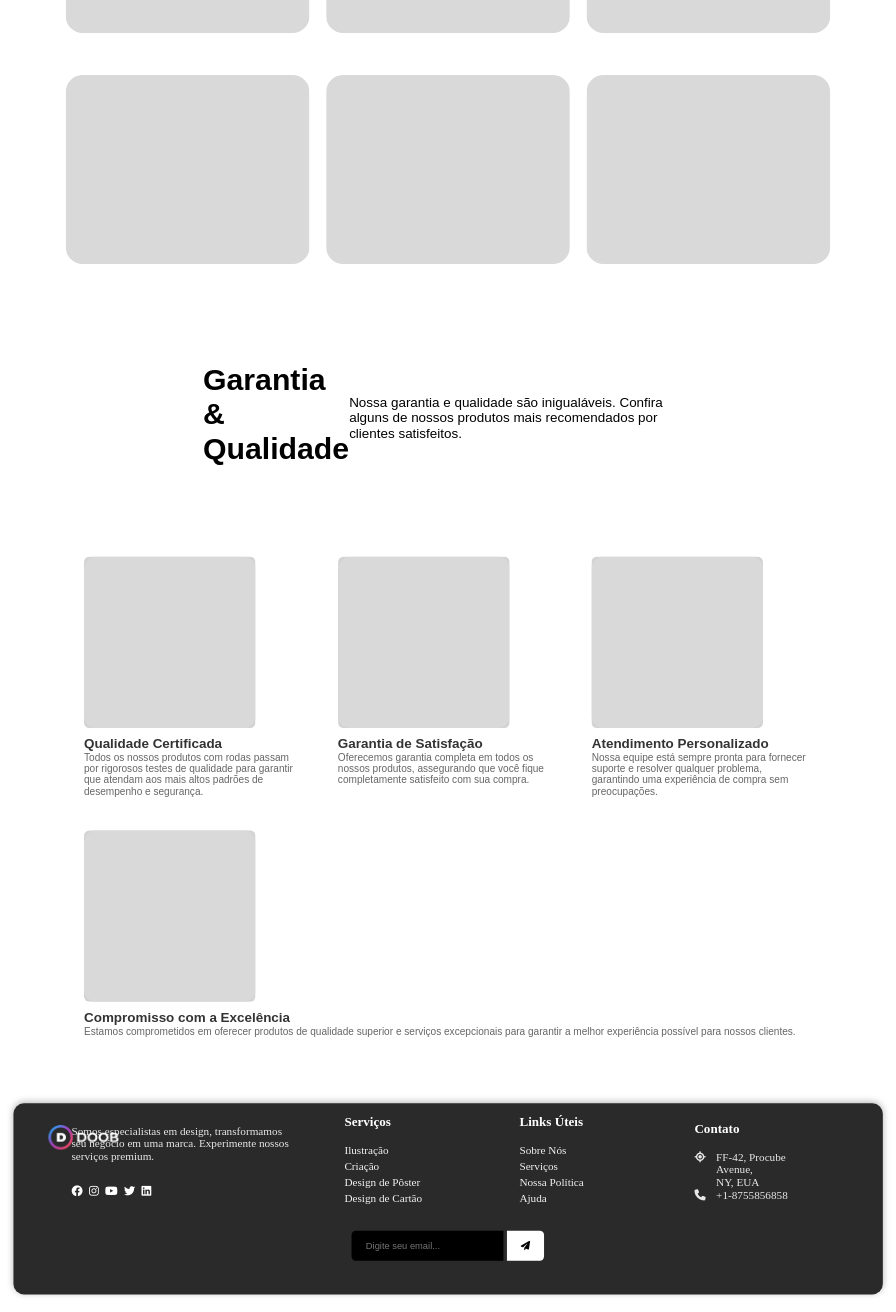
Repository: Matheus904-12/Reforma
Page: index.html
The author's editor kept a copy of each file at every save. The page is drawn from the files as they stood at one save, then again after the next save.
The browser window is 1280 px wide. The pictures show the part of the page from y = 2343 to 4263 px (the page is 4217 px tall before and 4263 px after), at 70% of full size.
Some web libraries are served in a nearby version.

Above is the page before, as saved 2024-08-02 22:07:19.
Console error (its wording comes from the project's code and is left out).

### index.html
<!DOCTYPE html>
<html lang="en">
<head>
    <meta charset="UTF-8">
    <meta name="viewport" content="width=device-width, initial-scale=1.0">
    <title>Automobil - Venda de Veículos</title>
    <link rel="stylesheet" href="styles.css">
    <!----- FONT AWESOME CSS FOR ICONS FONTS ------>
    <link rel="stylesheet" href="https://cdnjs.cloudflare.com/ajax/libs/font-awesome/6.2.0/css/all.min.css">
    <script src="https://cdnjs.cloudflare.com/ajax/libs/gsap/3.10.4/gsap.min.js"></script>
</head>
<body>
    <div id="loading-screen">
        <div class="loader"></div>
    </div>

    <header>
        <div class="navbar">
            <div class="logo">AutMobil</div>
            <nav class="nav-links">
                <a href="#home">Início</a>
                <a href="#veiculos">Veículos</a>
                <a href="#contato">Contato</a>
            </nav>
            <button class="btn">
                <span class="btn-text-one">Entrar</span>
                <span class="btn-text-two">Vamos Lá!</span>
            </button>
        </div>
    </header>
    <section class="hero">
        <img src="imagens/Rectangle 1.png" alt="Imagem de Veículos" class="hero-image">
    </section>

    <section class="servicos">
        <div class="servicos-header">
            <h2>Serviços</h2>
            <p class="description">Oferecemos uma ampla gama de serviços para atender às suas necessidades de transporte. Desde manutenção e reparos de veículos até consultoria na compra do veículo ideal, estamos aqui para ajudar você a encontrar a melhor solução.</p>
        </div>
        <div class="cards-container">
            <div class="card">
                <div class="card-image"><img src="imagens/Rectangle 9.png" alt="Serviço de Manutenção"></div>
                <div class="card-content">
                    <h3>Manutenção de Veículos</h3>
                    <p>Realizamos manutenção completa para garantir o funcionamento ideal do seu veículo. Serviços de troca de óleo, alinhamento e balanceamento, entre outros.</p>
                </div>
            </div>
            <div class="card">
                <div class="card-image"><img src="imagens/Rectangle 9.png" alt="Serviço de Reparos"></div>
                <div class="card-content">
                    <h3>Reparos Especializados</h3>
                    <p>Oferecemos reparos especializados para todos os tipos de veículos. Diagnóstico preciso e soluções eficazes para problemas mecânicos e elétricos.</p>
                </div>
            </div>
            <div class="card">
                <div class="card-image"><img src="imagens/Rectangle 9.png" alt="Serviço de Consultoria"></div>
                <div class="card-content">
                    <h3>Consultoria na Compra</h3>
                    <p>Ajuda profissional na escolha do veículo que melhor atende às suas necessidades e orçamento. Avaliações e recomendações personalizadas.</p>
                </div>
            </div>
            <div class="card">
                <div class="card-image"><img src="imagens/Rectangle 9.png" alt="Serviço de Venda de Peças"></div>
                <div class="card-content">
                    <h3>Venda de Peças e Acessórios</h3>
                    <p>Temos uma ampla seleção de peças e acessórios para veículos. Produtos de alta qualidade para garantir o desempenho e a segurança do seu veículo.</p>
                </div>
            </div>
        </div>
    </section>

    <section class="servicos">
        <div class="produtos-header">
            <h2>Produtos</h2>
            <p class="description">Explore nossa seleção de veículos, que inclui caminhões, motos, patinetes, carros, carrinhos de bebê e skates. Encontre o veículo perfeito para suas necessidades e estilo de vida.</p>
        </div>
    </section>

    <div class="produto">
        <div class="card__produto">
            <article class="card__article">
                <img src="imagens/Rectangle 11.png" alt="imagem do veículo" class="card__img">

                <div class="card__data">
                    <span class="card__description">Caminhão 8x8, Brasil</span>
                    <h2 class="card__title small-title">Caminhão Robust</h2>
                    <a href="#" class="card__button">Saiba Mais</a>
                </div>
            </article>

            <article class="card__article">
                <img src="imagens/Rectangle 11.png" alt="imagem do veículo" class="card__img">

                <div class="card__data">
                    <span class="card__description">Moto esportiva, Itália</span>
                    <h2 class="card__title">Moto Speedster</h2>
                    <a href="#" class="card__button">Saiba Mais</a>
                </div>
            </article>

            <article class="card__article">
                <img src="imagens/Rectangle 11.png" alt="imagem do veículo" class="card__img">

                <div class="card__data">
                    <span class="card__description">Patinete elétrico, China</span>
                    <h2 class="card__title">Patinete Turbo</h2>
                    <a href="#" class="card__button">Saiba Mais</a>
                </div>
            </article>

            <article class="card__article">
                <img src="imagens/Rectangle 11.png" alt="imagem do veículo" class="card__img">

                <div class="card__data">
                    <span class="card__description">Carro esportivo, Alemanha</span>
                    <h2 class="card__title">Carro Rápido</h2>
                    <a href="#" class="card__button">Saiba Mais</a>
                </div>
            </article>

            <article class="card__article">
                <img src="imagens/Rectangle 11.png" alt="imagem do veículo" class="card__img">

                <div class="card__data">
                    <span class="card__description">Carrinho de bebê, EUA</span>
                    <h2 class="card__title">Carrinho Comfort</h2>
                    <a href="#" class="card__button">Saiba Mais</a>
                </div>
            </article>

            <article class="card__article">
                <img src="imagens/Rectangle 11.png" alt="imagem do veículo" class="card__img">

                <div class="card__data">
                    <span class="card__description">Skateboard, Japão</span>
                    <h2 class="card__title">Skate Street</h2>
                    <a href="#" class="card__button">Saiba Mais</a>
                </div>
            </article>
        </div>
    </div>

    <section class="servicos">
        <div class="produtos-header">
            <h2>Garantia & Qualidade</h2>
            <p class="description">Nossa garantia e qualidade são inigualáveis. Confira alguns de nossos produtos mais recomendados por clientes satisfeitos.</p>
        </div>
        <div class="garantia-cards">
            <div class="garantia-card">
                <img src="imagens/Rectangle 19.png" alt="Veículo 1" class="garantia-card-image">
                <h3>Qualidade Certificada</h3>
                <p>Todos os nossos produtos com rodas passam por rigorosos testes de qualidade para garantir que atendam aos mais altos padrões de desempenho e segurança.</p>
            </div>
            <div class="garantia-card">
                <img src="imagens/Rectangle 19.png" alt="Veículo 2" class="garantia-card-image">
                <h3>Garantia de Satisfação</h3>
                <p>Oferecemos garantia completa em todos os nossos produtos, assegurando que você fique completamente satisfeito com sua compra.</p>
            </div>
            <div class="garantia-card">
                <img src="imagens/Rectangle 19.png" alt="Veículo 3" class="garantia-card-image">
                <h3>Atendimento Personalizado</h3>
                <p>Nossa equipe está sempre pronta para fornecer suporte e resolver qualquer problema, garantindo uma experiência de compra sem preocupações.</p>
            </div>
            <div class="garantia-card">
                <img src="imagens/Rectangle 19.png" alt="Veículo 4" class="garantia-card-image">
                <h3>Compromisso com a Excelência</h3>
                <p>Estamos comprometidos em oferecer produtos de qualidade superior e serviços excepcionais para garantir a melhor experiência possível para nossos clientes.</p>
            </div>
        </div>
    </section>
    <footer>
        <div class="container">
  <div class="row">
    <div class="col" id="company">
      <img src="images/logo.png" alt="" class="logo">
      <p>
        Somos especialistas em design, transformamos seu negócio em uma marca.
        Experimente nossos serviços premium.
      </p>
      <div class="social">
        <a href="#"><i class="fab fa-facebook"></i></a>
        <a href="#"><i class="fab fa-instagram"></i></a>
        <a href="#"><i class="fab fa-youtube"></i></a>
        <a href="#"><i class="fab fa-twitter"></i></a>
        <a href="#"><i class="fab fa-linkedin"></i></a>
      </div>
    </div>

    <div class="col" id="services">
      <h3>Serviços</h3>
      <div class="links">
        <a href="#">Ilustração</a>
        <a href="#">Criação</a>
        <a href="#">Design de Pôster</a>
        <a href="#">Design de Cartão</a>
      </div>
    </div>

    <div class="col" id="useful-links">
      <h3>Links Úteis</h3>
      <div class="links">
        <a href="#">Sobre Nós</a>
        <a href="#">Serviços</a>
        <a href="#">Nossa Política</a>
        <a href="#">Ajuda</a>
      </div>
    </div>

    <div class="col" id="contact">
      <h3>Contato</h3>
      <div class="contact-details">
        <i class="fa fa-location"></i>
        <p>FF-42, Procube Avenue, <br> NY, EUA</p>
      </div>
      <div class="contact-details">
        <i class="fa fa-phone"></i>
        <p>+1-8755856858</p>
      </div>
    </div>
  </div>

  <div class="row">
    <div class="form">
      <form action="">
        <input type="text" placeholder="Digite seu email...">
        <button><i class="fa fa-paper-plane"></i></button>
      </form>
    </div>
  </div>
</div>

     </footer>
    <script>
        document.addEventListener("DOMContentLoaded", () => {
            // Remove a tela de carregamento após o carregamento da página
            const loadingScreen = document.getElementById("loading-screen");
            loadingScreen.classList.add("loaded");

            // Animação de surgimento para todos os elementos
            gsap.from(".body, .header, .hero, .servicos, .produto, .navbar, .logo, .nav-links a, .btn, .card, .card__article, .container, .row, .social, .footer, .links,", {
                duration: 1.2,
                opacity: 0,
                y: 50,
                stagger: 0.1,
                ease: "power2.out"
            });

            // Animação para elementos ao rolar a página
            gsap.utils.toArray(".servicos, .produto, .garantia-qualidade").forEach(section => {
                gsap.from(section, {
                    scrollTrigger: {
                        trigger: section,
                        start: "top 80%",
                        end: "bottom 30%",
                        scrub: true
                    },
                    opacity: 0,
                    y: 50,
                    duration: 1
                });
            });
        });

        window.addEventListener("scroll", () => {
            const navbar = document.querySelector(".navbar");
            if (window.scrollY > 50) {
                navbar.classList.add("scrolled");
            } else {
                navbar.classList.remove("scrolled");
            }
        });
    </script>
</body>
</html>

Loaded but not shown: styles.css (715 lines, source omitted)

After the next save:
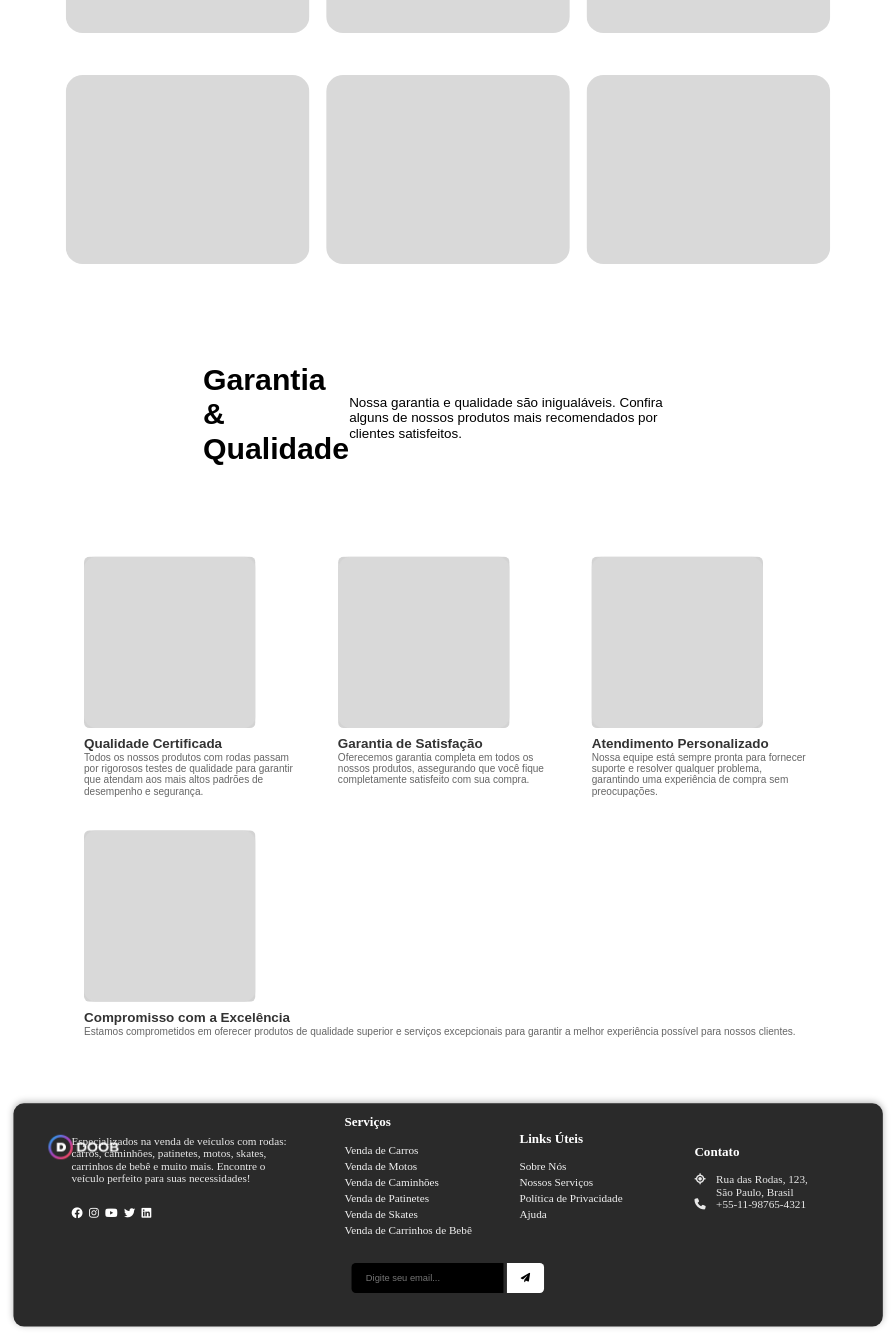
Saved 20 s later.
--- a/index.html
+++ b/index.html
@@ -170,64 +170,67 @@
     </section>
     <footer>
         <div class="container">
-  <div class="row">
-    <div class="col" id="company">
-      <img src="images/logo.png" alt="" class="logo">
-      <p>
-        Somos especialistas em design, transformamos seu negócio em uma marca.
-        Experimente nossos serviços premium.
-      </p>
-      <div class="social">
-        <a href="#"><i class="fab fa-facebook"></i></a>
-        <a href="#"><i class="fab fa-instagram"></i></a>
-        <a href="#"><i class="fab fa-youtube"></i></a>
-        <a href="#"><i class="fab fa-twitter"></i></a>
-        <a href="#"><i class="fab fa-linkedin"></i></a>
-      </div>
-    </div>
-
-    <div class="col" id="services">
-      <h3>Serviços</h3>
-      <div class="links">
-        <a href="#">Ilustração</a>
-        <a href="#">Criação</a>
-        <a href="#">Design de Pôster</a>
-        <a href="#">Design de Cartão</a>
-      </div>
-    </div>
-
-    <div class="col" id="useful-links">
-      <h3>Links Úteis</h3>
-      <div class="links">
-        <a href="#">Sobre Nós</a>
-        <a href="#">Serviços</a>
-        <a href="#">Nossa Política</a>
-        <a href="#">Ajuda</a>
-      </div>
-    </div>
-
-    <div class="col" id="contact">
-      <h3>Contato</h3>
-      <div class="contact-details">
-        <i class="fa fa-location"></i>
-        <p>FF-42, Procube Avenue, <br> NY, EUA</p>
-      </div>
-      <div class="contact-details">
-        <i class="fa fa-phone"></i>
-        <p>+1-8755856858</p>
-      </div>
-    </div>
-  </div>
-
-  <div class="row">
-    <div class="form">
-      <form action="">
-        <input type="text" placeholder="Digite seu email...">
-        <button><i class="fa fa-paper-plane"></i></button>
-      </form>
-    </div>
-  </div>
-</div>
+            <div class="row">
+                <div class="col" id="company">
+                    <img src="images/logo.png" alt="" class="logo">
+                    <p>
+                        Especializados na venda de veículos com rodas: carros, caminhões, patinetes, motos, skates, carrinhos de bebê e muito mais.
+                        Encontre o veículo perfeito para suas necessidades!
+                    </p>
+                    <div class="social">
+                        <a href="#"><i class="fab fa-facebook"></i></a>
+                        <a href="#"><i class="fab fa-instagram"></i></a>
+                        <a href="#"><i class="fab fa-youtube"></i></a>
+                        <a href="#"><i class="fab fa-twitter"></i></a>
+                        <a href="#"><i class="fab fa-linkedin"></i></a>
+                    </div>
+                </div>
+
+                <div class="col" id="services">
+                    <h3>Serviços</h3>
+                    <div class="links">
+                        <a href="#">Venda de Carros</a>
+                        <a href="#">Venda de Motos</a>
+                        <a href="#">Venda de Caminhões</a>
+                        <a href="#">Venda de Patinetes</a>
+                        <a href="#">Venda de Skates</a>
+                        <a href="#">Venda de Carrinhos de Bebê</a>
+                    </div>
+                </div>
+
+                <div class="col" id="useful-links">
+                    <h3>Links Úteis</h3>
+                    <div class="links">
+                        <a href="#">Sobre Nós</a>
+                        <a href="#">Nossos Serviços</a>
+                        <a href="#">Política de Privacidade</a>
+                        <a href="#">Ajuda</a>
+                    </div>
+                </div>
+
+                <div class="col" id="contact">
+                    <h3>Contato</h3>
+                    <div class="contact-details">
+                        <i class="fa fa-location"></i>
+                        <p>Rua das Rodas, 123, <br> São Paulo, Brasil</p>
+                    </div>
+                    <div class="contact-details">
+                        <i class="fa fa-phone"></i>
+                        <p>+55-11-98765-4321</p>
+                    </div>
+                </div>
+            </div>
+
+            <div class="row">
+                <div class="form">
+                    <form action="">
+                        <input type="text" placeholder="Digite seu email...">
+                        <button><i class="fa fa-paper-plane"></i></button>
+                    </form>
+                </div>
+            </div>
+        </div>
+
 
      </footer>
     <script>
